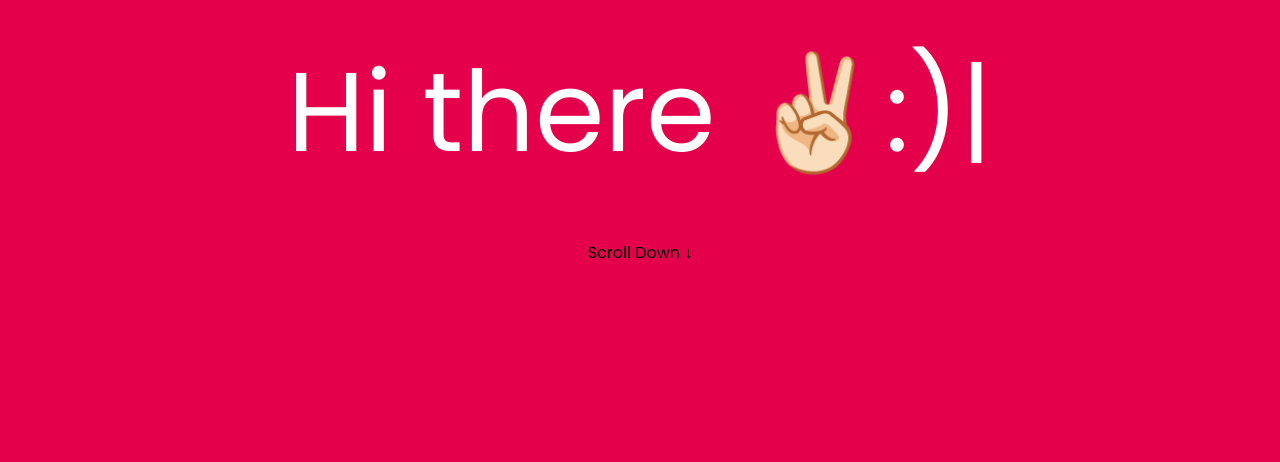
Repository: Cindy-tan/Portfolio
Page: /
An editor plug-in stored every save of this project. The page is shown before and after the next save, followed by the edit.
The browser window is 1280 px wide. The pictures show the whole page.
An inner scrolling area shows only its first screen. The project was rebuilt for these pictures with package versions that can differ from the ones it lists, and the page was loaded fresh each time. The framework's server and built-in components were replaced by stand-ins that run in the browser. Also part of the build but not shown: next.config.mjs.

Above is the page before, as saved 2025-03-28 11:52:42.

### src/app/page.js
'use client';
import styles from "./page.module.css";
import React from "react";
import ScreenOne from "../../Components/ScreenOne/ScreenOne.js";
import ScreenTwo from "../../Components/ScreenTwo/ScreenTwo.js";


export default function Home() {
  return (
    <>
          <main className={styles.main}>
            <section className={styles.screenOneContainer}>
              <ScreenOne/>
            </section>
            <section className={styles.screenTwoContainer}>
              <ScreenTwo/>
            </section>

          </main>
    </>

  );
}

### src/app/globals.css
:root {
  --background: #ffffff;
  --dark-pink: #E5004B;
  --mid-pink: #FA5274;
  --light-pink: #F3D9DE;
  --main-font: 'Poppins', sans-serif;
  --font-size-small: 12px;
  --font-size-base: 16px;
  --font-size-large: 24px;
}

@import url('https://fonts.googleapis.com/css2?family=Poppins:wght@300;400;600&display=swap');
@import url('https://fonts.googleapis.com/css2?family=Poetsen+One&display=swap');

body {
  background: var(--background);
  font-family: var(--main-font);
}

html, body {
  margin: 0;
  padding: 0;
  overflow-y: scroll;
  height: 100vh;
}

### src/app/page.module.css
.main {

    justify-content: center;
    align-items: center;
    height: 100vh;
    text-align: center;
}

.screenOneContainer {
    text-align: center;
    background-color: var(--dark-pink);
    height: 1080px;
}

.screenTwoContainer {
    text-align: center;
    background-color: var(--mid-pink);
    height: 1080px;
}

### Components/ScreenOne/ScreenOne.js
import React from "react";
import { TypeAnimation } from "react-type-animation";
import styles from "../ScreenOne/ScreenOne.module.css";

export default function ScreenOne() {
    return (
    <div className={styles.container}>
        <TypeAnimation
            splitter={(str) => str.split(/(?= )/)}
            sequence={[
                "Hi there ✌🏻:)",
                3000,
            ]}
            speed={{ type: 'keyStrokeDelayInMs', value: 300 }} // This adjusts typing speed
            omitDeletionAnimation={true} // This keeps the text without deleting it, once its typed it typed
            style={{
                fontSize: '7em',
                minHeight: '100px',
                lineHeight: '2', // Line height is too add line spacing for readability
                color: '#fff',
            }}
            />
            <p className={styles.scrollSection}> Scroll Down ↓ </p>
        </div>
    );
}

### Components/ScreenTwo/ScreenTwo.js

import React from "react";
import { TypeAnimation } from "react-type-animation";
import styles from "../ScreenTwo/ScreenTwo.module.css";

export default function ScreenTwo() {
    return (
    <div className={styles.container}>
        <TypeAnimation
            splitter={(str) => str.split(/(?= )/)}
            sequence={[
                "I am Cindy Tan ...",
                3000,
            ]}
            speed={{ type: 'keyStrokeDelayInMs', value: 300 }} // This adjusts typing speed
            omitDeletionAnimation={true} // This keeps the text without deleting it
            style={{
                margin: 'auto 5em',
                align: 'center',
                display: 'block',
                fontSize: '5em',
                minHeight: '200px',
                lineHeight: '2', // Line height is too add line spacing for readability
                color: '#fff',
            }}
            />
        </div>
    );
}

### Components/ScreenOne/ScreenOne.module.css
.container {
    text-align: center;
    background-color: var(--dark-pink);
}

.boldText {
    font-weight: bold;
}

### Components/ScreenTwo/ScreenTwo.module.css
.container {
    text-align: center;
    background-color: var(--mid-pink);

}

.boldText {
    font-weight: bold;
}

Loaded but not shown: src/app/layout.js (common file)

After the next save:
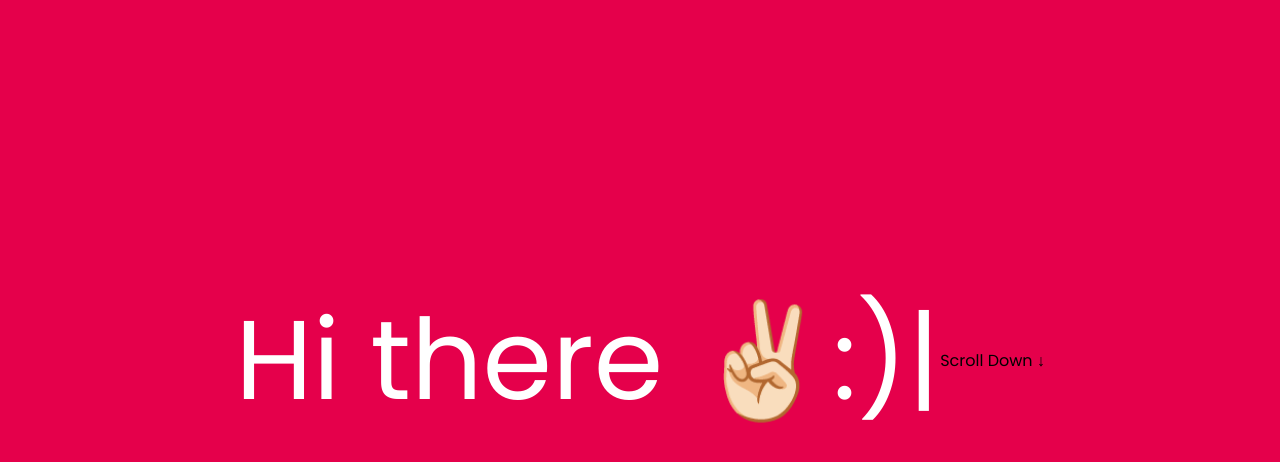
Saved 6 s later.
--- a/Components/ScreenOne/ScreenOne.module.css
+++ b/Components/ScreenOne/ScreenOne.module.css
@@ -1,6 +1,11 @@
 .container {
-    text-align: center;
-    background-color: var(--dark-pink);
+    display: flex;
+    justify-content: center; /* Centers horizontally */
+    align-items: center; /* Centers vertically */
+    height: 100vh; /* Full viewport height */
+    width: 100vw; /* Full viewport width */
+    text-align: center; /* Ensures text is centered */
+    background-color: var(--dark-pink); /* Keeps your background color */
 }
 
 .boldText {
